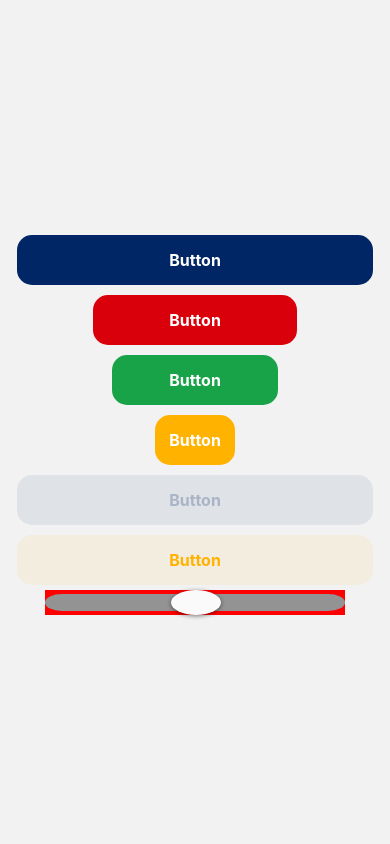
Repository: hungdomanh95/setuptheme
Screen: /
The author's editor kept a copy of each file at every save. The screen is drawn from the files as they stood at one save, then again after a run of saves.
The app was drawn by React Native's web renderer in a window 390 px wide. The project was rebuilt for these pictures with package versions that can differ from the ones it lists, and the page was loaded fresh each time. Also part of the build but not shown: src/components/Fade/index.js, src/components/Slide/index.js, src/components/RNCheckbox/index.js.

Above is the screen before, as saved 2022-05-17 14:03:46.

### App.js
import {View, Text} from 'react-native';
import React from 'react';
import RootNavigation from './src/navigation/rootNavigation';

const App = () => {
  return <RootNavigation />;
};

export default App;

### src/navigation/rootNavigation.js
import React from 'react'
import {NavigationContainer} from '@react-navigation/native';
import {createNativeStackNavigator} from '@react-navigation/native-stack';
import {
  HomeScreen,
} from '../screens';
import { SafeAreaProvider } from 'react-native-safe-area-context';

const Stack = createNativeStackNavigator();
const RootNavigation = () => {
  const screenOptions = {
    headerTransparent: true,
    headerShown: false,
  };
  const stackOption = {
    headerShown: true,
    headerBackTitle: '',
    headerTitle: '',
  };
  return (
    <SafeAreaProvider>
      <NavigationContainer>
        <Stack.Navigator screenOptions={screenOptions}>
          <Stack.Screen name="HomeScreen" component={HomeScreen} />
        </Stack.Navigator>
      </NavigationContainer>
    </SafeAreaProvider>
  );
};

export default RootNavigation;

### src/screens/index.js
import HomeScreen from './HomeScreen';
export {HomeScreen};

### src/screens/HomeScreen/index.js
import {View, StyleSheet} from 'react-native';
import React from 'react';
import {COLOR} from '../../theme';
import {Button, CheckBox, Switch} from '../../components';

const HomeScreen = () => {
  return (
    <View style={styles.container}>
      <Button text="Button" type={'primary'} size={'fullsize'} />
      <Button text="Button" type={'danger'} size={'medium'} />
      <Button text="Button" type={'success'} size={'small'} />
      <Button text="Button" type={'warning'} size={80} />
      <Button
        text="Button"
        type={'primary'}
        size={'fullsize'}
        disabled={true}
      />
      <Button text="Button" color={COLOR.neural8} colorText={COLOR.neural} />

      <Switch />
      {/* <CheckBox /> */}
    </View>
  );
};

export default HomeScreen;
const styles = StyleSheet.create({
  container: {
    flex: 1,
    justifyContent: 'center',
    alignItems: 'center',
  },
});

### src/theme/index.js
import {StyleSheet, Dimensions} from 'react-native';
const {width, height} = Dimensions.get('window');
const width_design = 375;
export const SIZE = {
  width,
  height,
  spacing: 16,
  icon: 24,
  btn1: (width * 343) / width_design,
  btn2: (width * 196) / width_design,
  btn3: (width * 160) / width_design,
  checkbox: 25,
};
export const COLOR = {
  primary: '#002665',
  primary80: 'rgba(0, 38, 101, 0.8)',
  primary60: 'rgba(0, 38, 101, 0.6)',
  primary40: 'rgba(0, 38, 101, 0.4)',
  primary24: 'rgba(0, 38, 101, 0.24)',
  primary16: 'rgba(0, 38, 101, 0.16)',
  primary8: 'rgba(0, 38, 101, 0.08)',
  primary4: 'rgba(0, 38, 101, 0.04)',
  secondary: '#2567F9',
  secondary50: '#0077FF',
  secondary40: 'rgba(0, 119, 255, 0.4)',
  secondary24: 'rgba(0, 119, 255, 0.24)',
  secondary16: 'rgba(0, 119, 255, 0.16)',
  secondary8: 'rgba(0, 119, 255, 0.08)',
  white: '#FFFFFF',
  white64: 'rgba(255,255,255,0.64)',
  white40: 'rgba(255,255,255,0.4)',
  white24: 'rgba(255,255,255,0.24)',
  white16: 'rgba(255,255,255,0.16)',
  white8: 'rgba(255,255,255,0.08)',
  white4: 'rgba(255,255,255,0.04)',
  yellow: '#FDBE01',
  yellow80: 'rgba(253, 190, 1, 0.8)',
  yellow40: 'rgba(253, 190, 1, 0.4)',
  yellow16: 'rgba(253, 190, 1, 0.16)',
  red: '#DA000B',
  red80: 'rgba(227, 38, 46, 0.8)',
  red40: 'rgba(227, 38, 46, 0.4)',
  red16: 'rgba(227, 38, 46, 0.16)',
  gray: '#6D7E92',
  gray40: '#7689A2',
  gray24: '#B3BDCB',
  gray16: '#DADFE6',
  gray8: '#F9FAFD',
  green: '#18A348',
  green50: '#25C26E',
  green40: 'rgba(37, 194, 110, 0.4)',
  green24: 'rgba(37, 194, 110, 0.24)',
  neural: '#FFB200',
  neural80: 'rgba(255, 178, 0, 0.8)',
  neural40: 'rgba(255, 178, 0, 0.4)',
  neural24: 'rgba(255, 178, 0, 0.24)',
  neural16: 'rgba(255, 178, 0, 0.16)',
  neural8: 'rgba(255, 178, 0, 0.08)',
  orange: '#F44B02',
  orange80: 'rgba(244, 75, 2, 0.8)',
  orange40: 'rgba(244, 75, 2, 0.4)',
  orange8: '#FFECE3',
  infor: '#0289F4',
  infor80: 'rgba(2, 137, 244, 0.8)',
  infor40: 'rgba(2, 137, 244, 0.4)',
  infor10: 'rgba(2, 137, 244, 0.1)',
};
export const TEXT = StyleSheet.create({
  h1: {
    fontSize: 22,
    lineHeight: 33,
  },
  h2: {
    fontSize: 20,
    lineHeight: 30,
  },
  h3: {
    fontSize: 18,
    lineHeight: 27,
  },
  fz16: {
    fontSize: 16,
    lineHeight: 24,
  },
  fz14: {
    fontSize: 14,
    lineHeight: 21,
  },
  fz12: {
    fontSize: 12,
    lineHeight: 18,
  },
  fz10: {
    fontSize: 10,
    lineHeight: 15,
  },
  bold: {
    fontWeight: '700',
  },
  medium: {
    fontWeight: '500',
  },
  regular: {
    fontWeight: '400',
  },
});
export const SHADOWS = StyleSheet.create({
  sh: {
    backgroundColor: '#FFFFFF',
    shadowColor: 'rgba(0, 38, 101, 0.1)',
    shadowOffset: {
      width: 0,
      height: 2,
    },
    shadowOpacity: 2,
    shadowRadius: 5,
    elevation: 5,
  },
});

### src/components/index.js
import Fade from './Fade';
import Slide from './Slide';
import Button from './RNBotton';
import CheckBox from './RNCheckbox';
import Switch from './RNSwitch';
export {Fade, Slide, Button, CheckBox, Switch};

### src/components/RNBotton/index.js
import {StyleSheet, Text, View, TouchableOpacity} from 'react-native';
import React, {useEffect} from 'react';
import {COLOR, SIZE, TEXT} from '../../theme';

const RNButton = props => {
  const {text, type, size, onPress, disabled} = props;

  const colorBTN = () => {
    let colorBtn;
    if (disabled) colorBtn = COLOR.primary8;
    else if (type === 'success') colorBtn = COLOR.green;
    else if (type === 'warning') colorBtn = COLOR.neural;
    else if (type === 'danger') colorBtn = COLOR.red;
    else if (type === 'primary') colorBtn = COLOR.primary;
    else if (props.color) colorBtn = props.color;
    return colorBtn;
  };
  const sizeBTN = () => {
    let sizeBtn = SIZE.btn1;
    if (size === 'fullsize') sizeBtn = SIZE.btn1;
    else if (size === 'medium') sizeBtn = SIZE.btn2;
    else if (size === 'small') sizeBtn = SIZE.btn3;
    else if (typeof size == 'number') sizeBtn = size;
    return sizeBtn;
  };
  const colorText = () => {
    let colorText = COLOR.white;
    if (disabled) colorText = COLOR.primary24;
    else if (props.colorText) colorText = props.colorText;
    return colorText;
  };
  const styles = styleWithProps(props, colorBTN(), sizeBTN(), colorText());
  return (
    <TouchableOpacity
      style={styles.container}
      onPress={onPress}
      disabled={disabled}>
      <Text style={styles.text}>{text}</Text>
    </TouchableOpacity>
  );
};

const styleWithProps = (props, color, size, colorText) => {
  return StyleSheet.create({
    container: {
      width: size,
      height: 50,
      justifyContent: 'center',
      alignItems: 'center',
      backgroundColor: color,
      borderRadius: 15,
      marginVertical: 5,
    },
    text: {
      color: colorText,
      ...TEXT.fz16,
      ...TEXT.bold,
    },
  });
};
export default RNButton;

### src/components/RNSwitch/index.js
import {StyleSheet, Text, View,Switch} from 'react-native';
import React, {useState} from 'react';
import { COLOR } from '../../theme';
const RNSwitch = () => {
  const [isSwitchOn, setIsSwitchOn] = React.useState(false);

  const onToggleSwitch = () => setIsSwitchOn(!isSwitchOn);
  return (
    <Switch value={isSwitchOn} onValueChange={onToggleSwitch} style={styles.container} width={150} />
  );
};

export default RNSwitch;

const styles = StyleSheet.create({
  container:{
    minWidth:150,
    height:25,
    backgroundColor:'red',
    flexDirection:"row",
    justifyContent:"center",
    alignItems:'center',
    transform:[{scaleX:2}]
  }
});

After the next 6 saves:
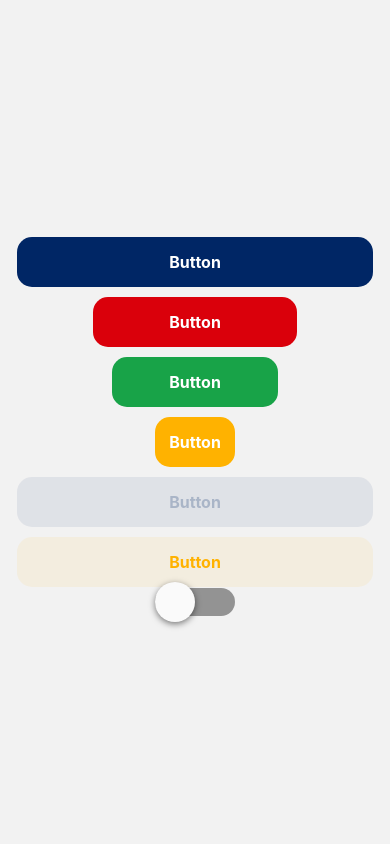
The 6 saves are shown as one change because they came seconds apart.
The last was saved 15 s later.
--- a/src/components/RNSwitch/index.js
+++ b/src/components/RNSwitch/index.js
@@ -14,12 +14,9 @@ export default RNSwitch;
 
 const styles = StyleSheet.create({
   container:{
-    minWidth:150,
-    height:25,
-    backgroundColor:'red',
-    flexDirection:"row",
-    justifyContent:"center",
-    alignItems:'center',
-    transform:[{scaleX:2}]
+    // minWidth:150,
+    // height:25,
+    // backgroundColor:'red',
+    transform:[{scale:2}]
   }
 });
